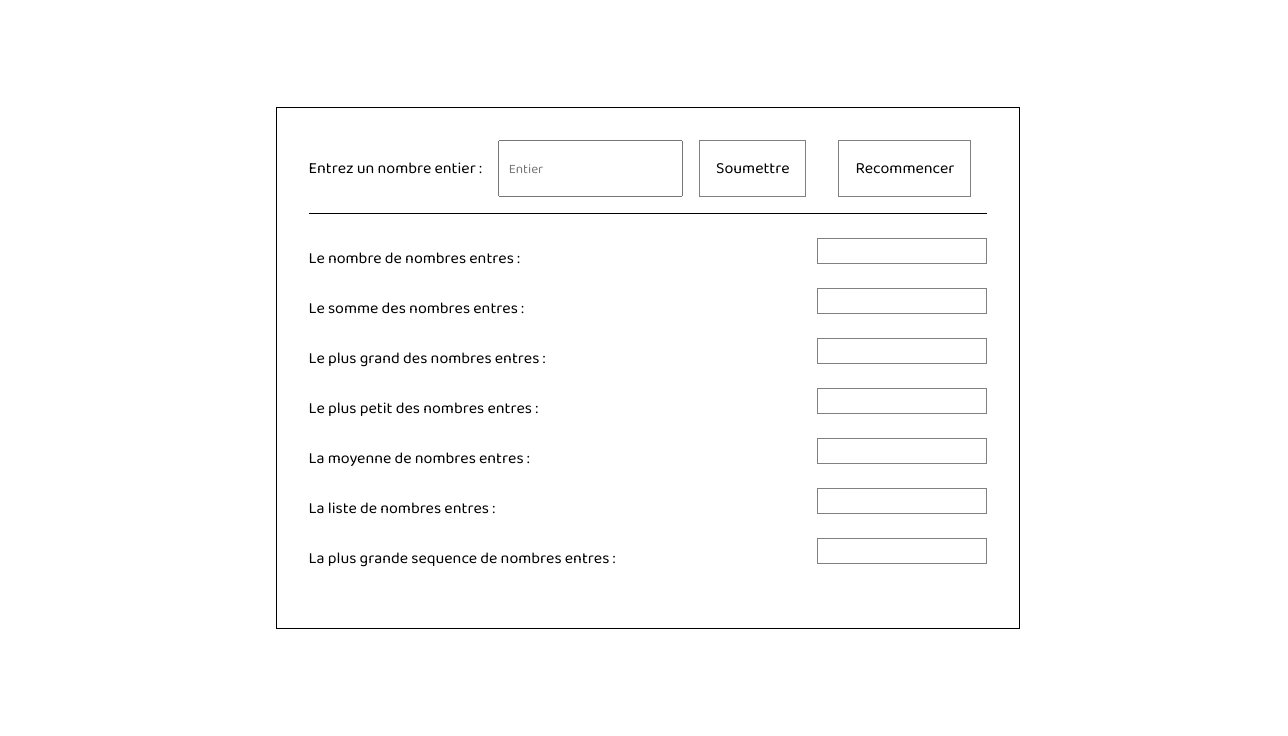
Repository: Thomas088/asbl-proforma
Page: exercices/js/ex-01/index.html
These files come from the project's save history. The page is drawn as it stood at one moment and after the next save; the edit follows.
The browser window is 1280 px wide. The page is 1288 px wide, so the pictures cover 1288 px, including what lies to the right of the window. The pictures show the whole page.

Above is the page before, as saved 2020-03-20 03:01:35.

After the next save:
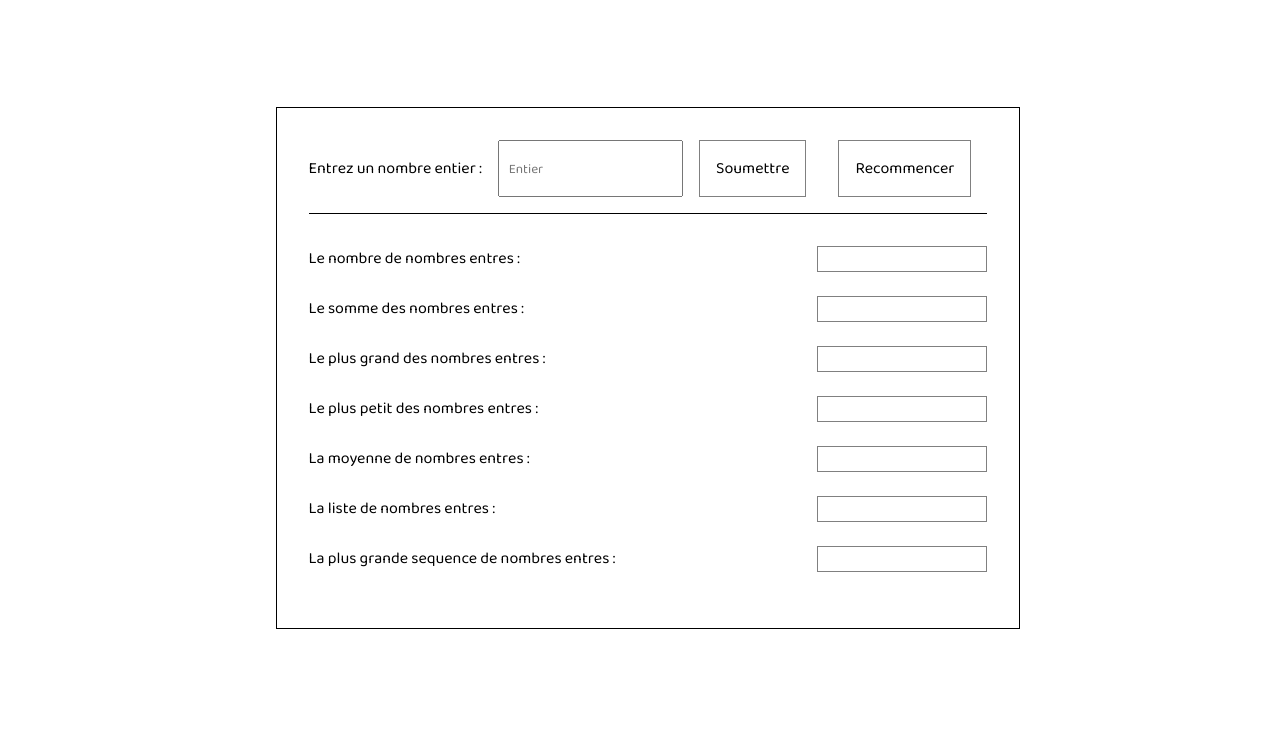
Saved 11 s later.
--- a/exercices/js/ex-01/style.css
+++ b/exercices/js/ex-01/style.css
@@ -48,7 +48,7 @@ body {
     justify-content: center;
     align-items: center;
     position: relative;
-    bottom: 1rem;
+    bottom: 0.5rem;
     border: 1px solid gray;
 }
 
